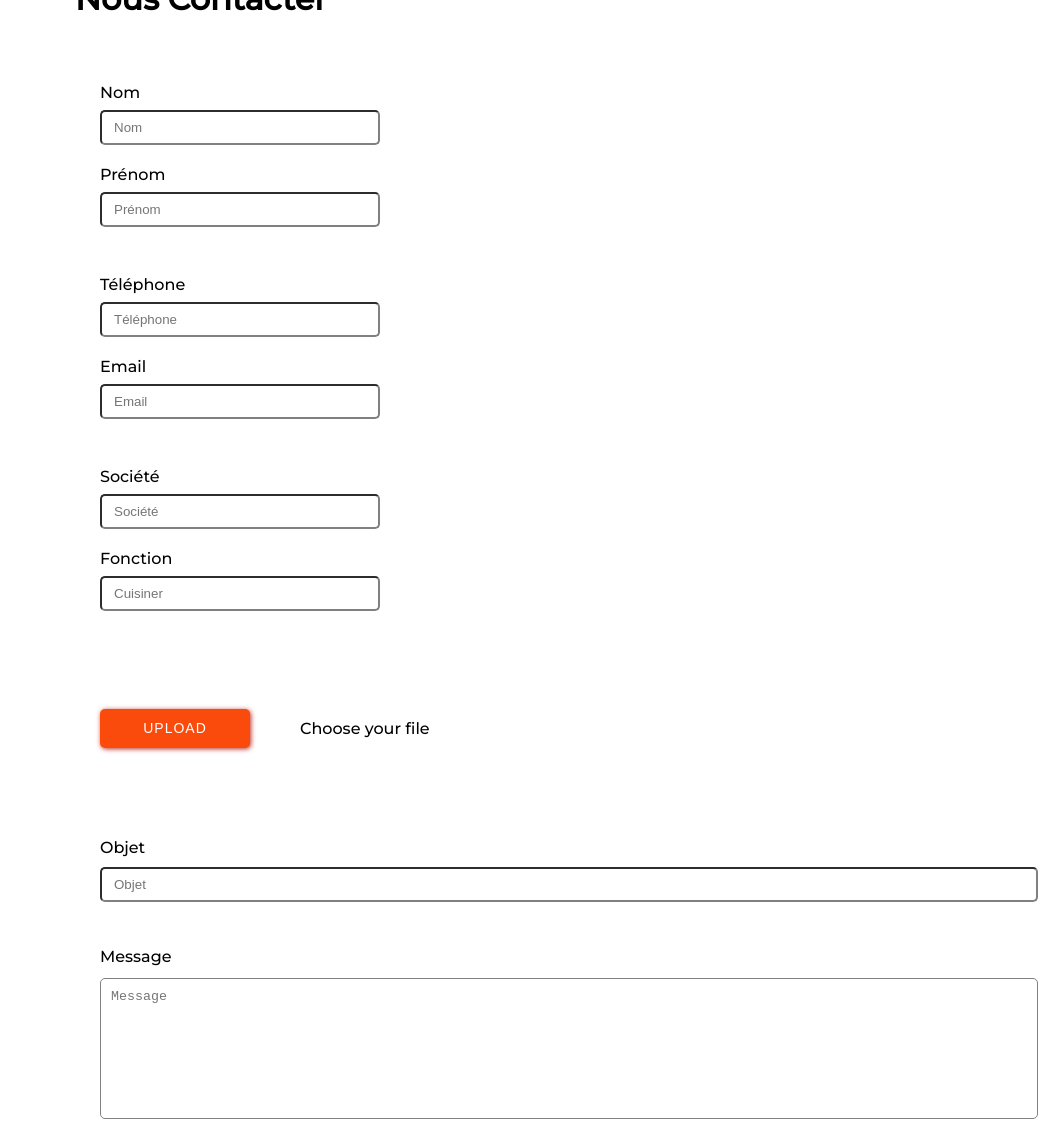
Repository: sisilass31/bella-olonje
Page: html/contact.html
These files come from the project's save history. The page is drawn as it stood at one moment and after a run of saves; the edit follows.
The browser window is 768 px wide. The page is 1038 px wide, so the pictures cover 1038 px, including what lies to the right of the window. The pictures show the part of the page from y = 895 to 2043 px (the page is 2687 px tall before and 2659 px after).
Some web libraries are served in a nearby version.

Above is the page before, as saved 2023-02-15 10:12:35.

After the next 3 saves:
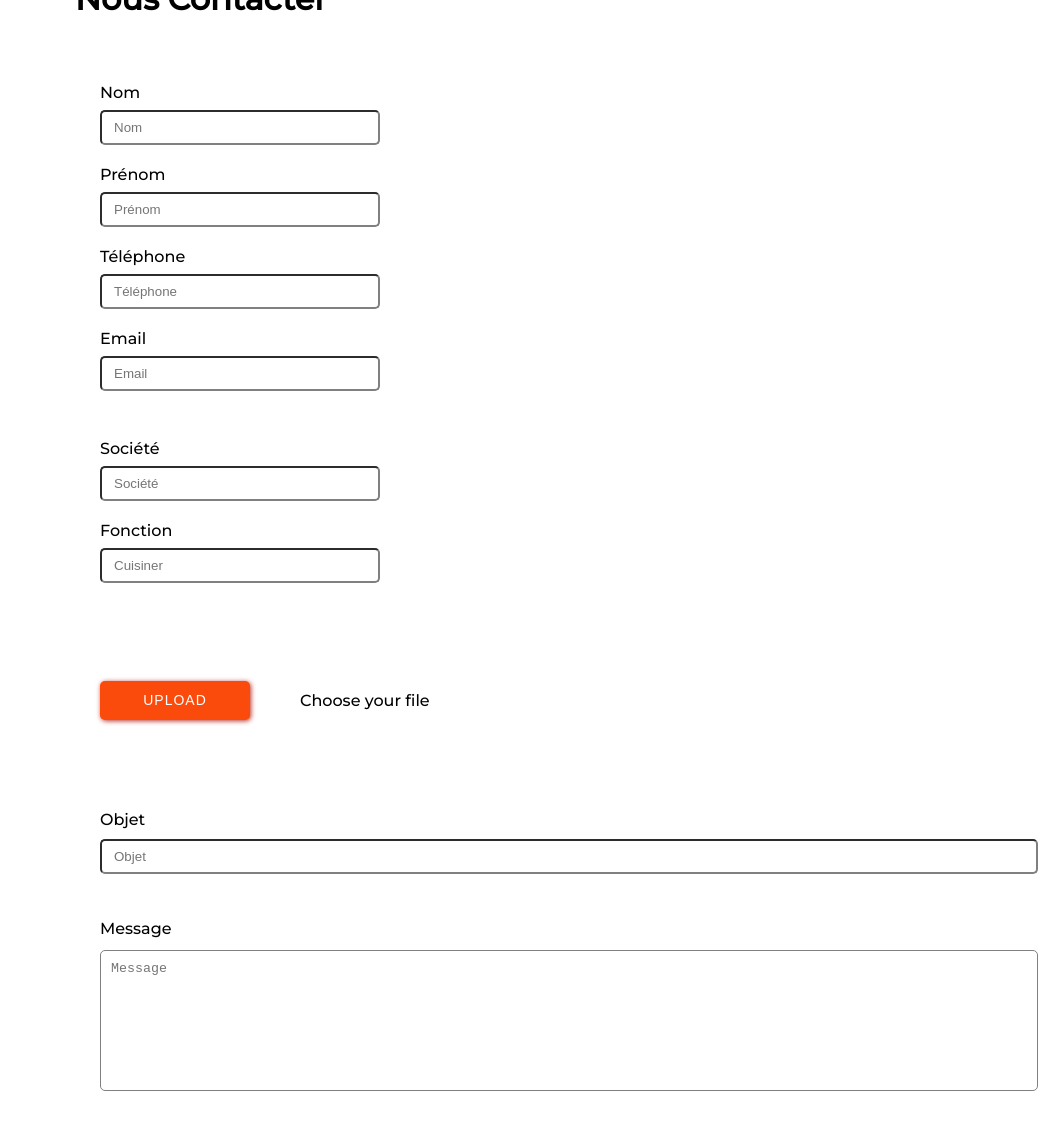
The 3 saves are shown as one change because they came seconds apart.
The last was saved 12 s later.
--- a/css/contact.css
+++ b/css/contact.css
@@ -356,8 +356,7 @@ textarea {
     }
 
     .nom_prenom {
-        padding-right: 200px;
-        padding-bottom: 28px;
+        padding:0;
         flex-direction: column;
     }
 
